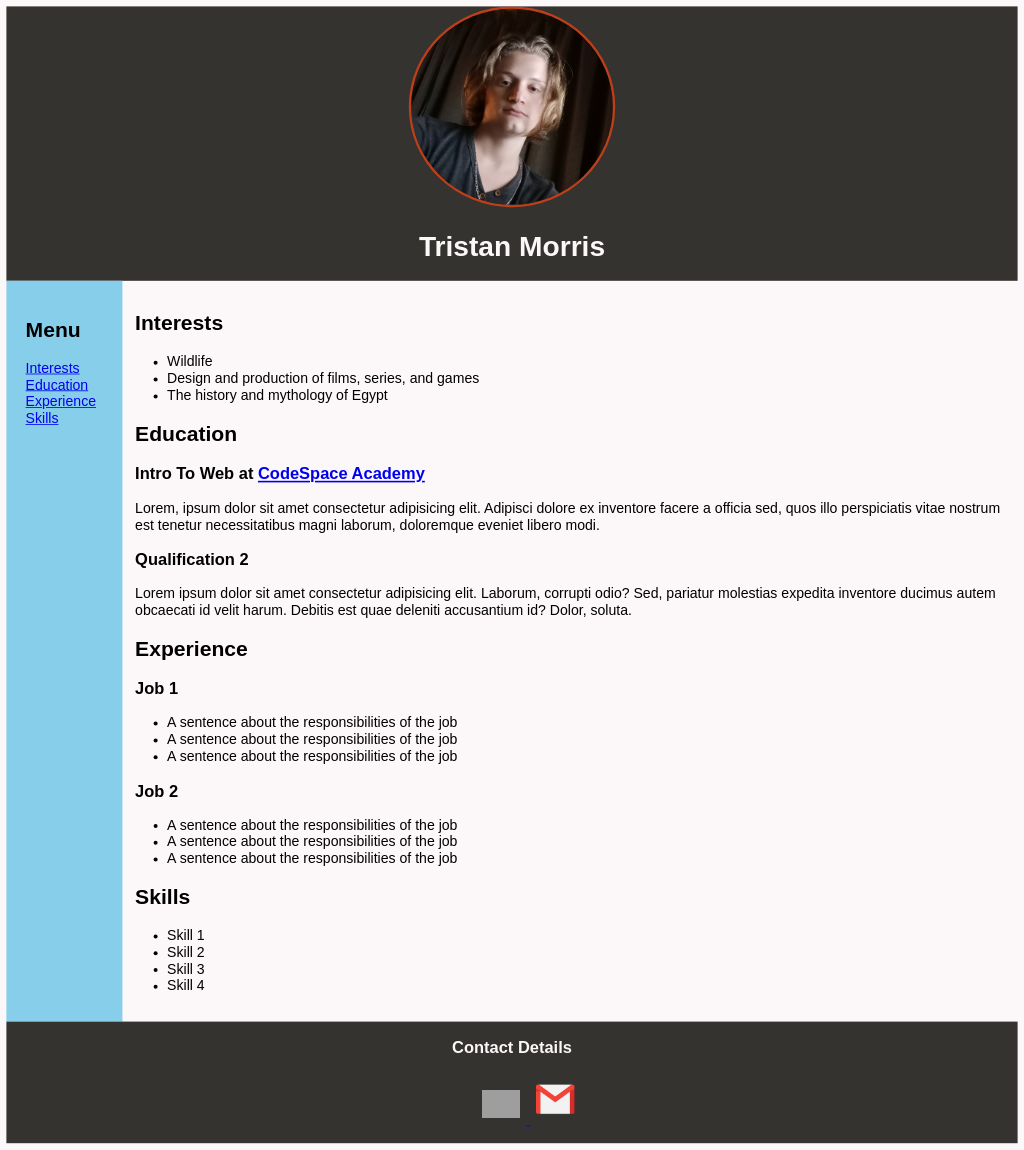
Repository: TristanKMorris/introToWebDesignAssignment
Page: resume.html
These files come from the project's save history. The page is drawn as it stood at one moment and after the next save; the edit follows.
The browser window is 1280 px wide. The pictures show the whole page, at 80% of full size.
Pictures or frames that could not be fetched are drawn as grey boxes.

Above is the page before, as saved 2022-06-02 22:03:27.

### resume.html

<!DOCTYPE html>
<html
  <head>
    <title>Tristan's Website</title>

    <link rel="stylesheet" type="text/css" href="css/stylesheet.css">

  </head>

  <body>

   <header id="heading">
        <img src="images/tristanPortrait.jpg" alt="Tristan Morris Portrait" id="profilePhoto"/>

      <h1>Tristan Morris</h1>
        <p></p>

    </header>

    <main class="main">

      <div id="sidebar">

        <nav>

          <h2>Menu</h2>

           <ul class="navMenu">
              <li> <a href="#interests">Interests</a> </li>
              <li> <a href="#education">Education</a> </li>
              <li> <a href="#experience">Experience</a> </li>
              <li> <a href="#skills">Skills</a> </li>
            </ul>

        </nav>

      </div>

        <div class="content">

          <h2 id="interests">Interests</h2>

          <ul>

            <li>Wildlife</li>
            <li>Design and production of films, series, and games</li>
            <li>The history and mythology of Egypt</li>

          </ul>

          <h2 id="education">Education</h2>

            <h3>Intro To Web at <a href="http://codespace.co.za/" target="_blank">CodeSpace Academy</a> </h3>

             <p>
               Lorem, ipsum dolor sit amet consectetur adipisicing elit. Adipisci dolore
               ex inventore facere a officia sed, quos illo perspiciatis vitae nostrum
               est tenetur necessitatibus magni laborum, doloremque eveniet libero modi.
             </p>

            <h3>Qualification 2</h3>

             <p>
                Lorem ipsum dolor sit amet consectetur adipisicing elit. Laborum, corrupti
                odio? Sed, pariatur molestias expedita inventore ducimus autem obcaecati
                id velit harum. Debitis est quae deleniti accusantium id? Dolor, soluta.
              </p>

          <h2 id="experience">Experience</h2>

            <h3>Job 1</h3>

            <ul>

              <li>A sentence about the responsibilities of the job</li>
              <li>A sentence about the responsibilities of the job</li>
              <li>A sentence about the responsibilities of the job</li>

            </ul>

            <h3>Job 2</h3>

            <ul>

              <li>A sentence about the responsibilities of the job</li>
              <li>A sentence about the responsibilities of the job</li>
              <li>A sentence about the responsibilities of the job</li>

            </ul>

          <h2 id="skills">Skills</h2>

            <ul>
              <li>Skill 1</li>
              <li>Skill 2</li>
              <li>Skill 3</li>
              <li>Skill 4</li>
            </ul>

        </div>

    </main>

    <footer>

      <h3>Contact Details</h3>
      <ul>
          <a href="http://www.instagram.com/tristan_k_morris" target="_blank">
           <img class="icons" src="images/instagramIcon.png" alt="Tristan Morris Instagram">

          </a>

          <a href="mailto: tristankm21@gmail.com" target="_blank">
           <img class="icons" src="images/gmailIcon.png" alt="Tristan Morris Email">

          </a>

      </ul>

    </footer>


  </body>
</html>

### css/stylesheet.css
body{
  font-family: sans-serif;
  font-size:110%;
  background-color: #FCF7F8;
  display: flex;
  flex-direction: column;
}

.main{
  display: flex;
  flex-direction: row;
  overflow: unset;
}

#profilePhoto{
  width: 20%;
  height: 20%;
  border-radius: 50%;
  border: 3px solid #ff4410ad;
}

header {
  text-align: center;
  justify-content: center;
}
#heading{
  font-family: sans-serif;
  font: size 110%;
  background-color: #343330;
  color: #FCF7F8;
}

footer {
  background-color: #343330;
  text-align: center;
  color: #FCF7F8;
}
#sidebar{
  width: 12%;
  background-color: skyblue;
  padding: 1.5rem;
  color: black;
}
.navMenu{
  list-style-type: none;
  padding: 0%;
}

.icons{
  width: 3rem;
  margin: 0.5rem;
  height: auto;
}

.content{
  width: auto;
  margin: 1rem;
  height: auto;
}

After the next save:
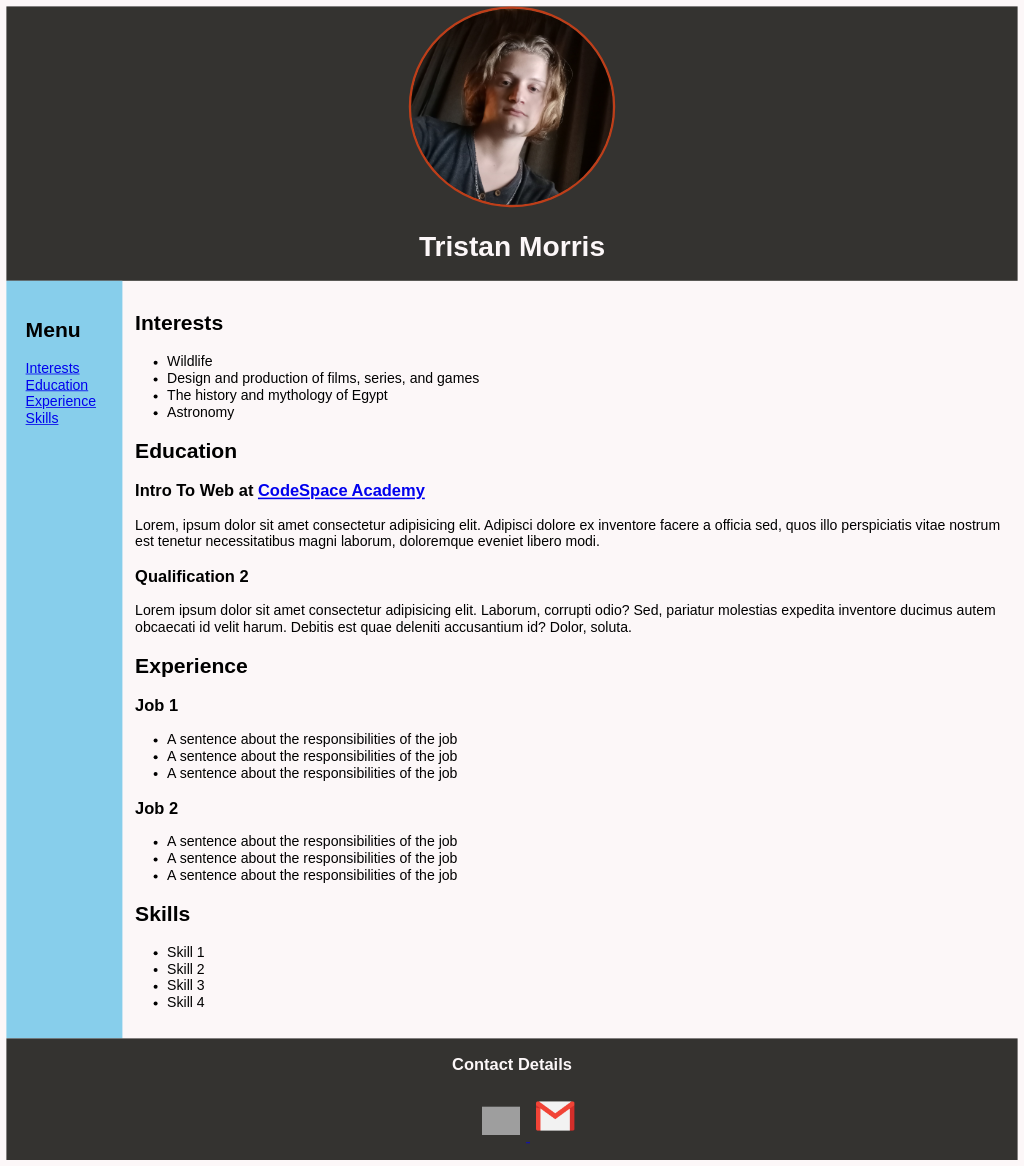
Saved 64 s later.
--- a/resume.html
+++ b/resume.html
@@ -46,6 +46,7 @@
             <li>Wildlife</li>
             <li>Design and production of films, series, and games</li>
             <li>The history and mythology of Egypt</li>
+            <li>Astronomy</li>
 
           </ul>
 

After the save that followed:
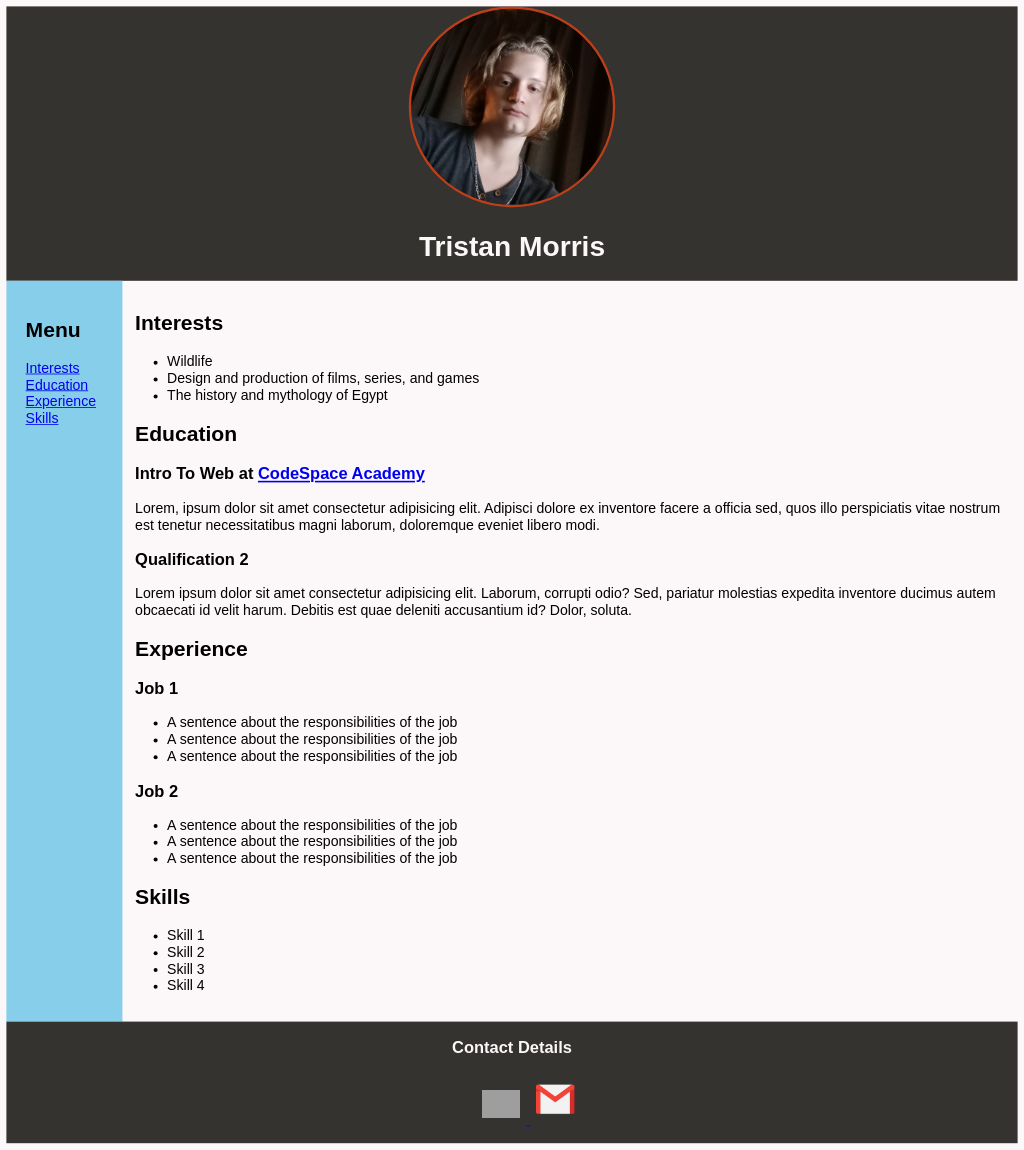
Saved 51 s later.
--- a/resume.html
+++ b/resume.html
@@ -46,7 +46,6 @@
             <li>Wildlife</li>
             <li>Design and production of films, series, and games</li>
             <li>The history and mythology of Egypt</li>
-            <li>Astronomy</li>
 
           </ul>
 
